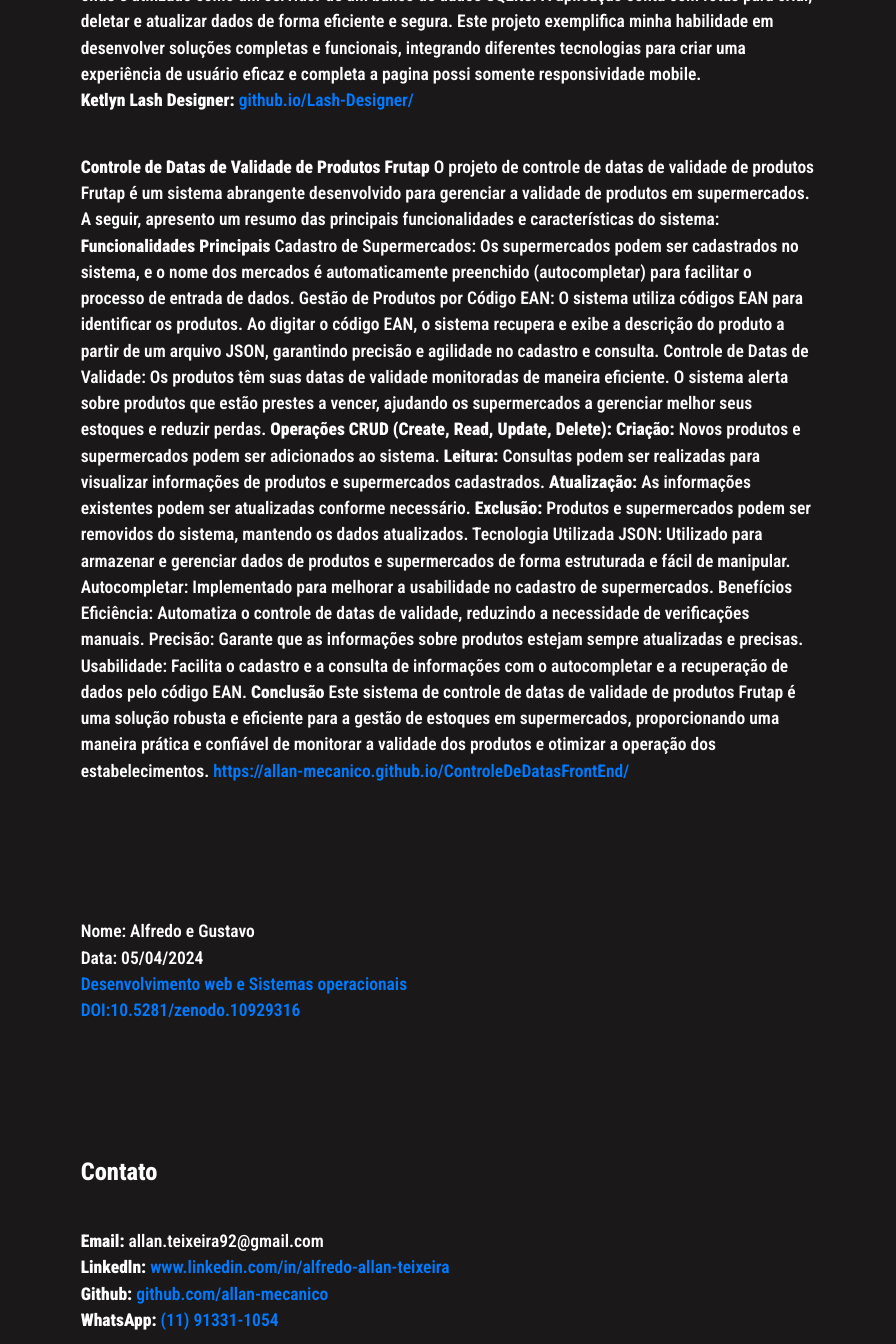
Repository: alfredo-allan/Portfolio
Page: index.html
The author's editor kept a copy of each file at every save. The page is drawn from the files as they stood at one save, then again after the next save.
The browser window is 1280 px wide. The pictures show the part of the page from y = 2622 to 4542 px (the page is 4542 px tall), at 70% of full size.

Above is the page before, as saved 2024-05-26 19:37:23.

### index.html
<!DOCTYPE html>
<html lang="pt-BR">
  <head>
    <meta charset="UTF-8" />
    <meta name="viewport" content="width=device-width, initial-scale=1.0" />
    <link
      rel="stylesheet"
      href="https://stackpath.bootstrapcdn.com/bootstrap/4.1.3/css/bootstrap.min.css"
      integrity="sha384-MCw98/SFnGE8fJT3GXwEOngsV7Zt27NXFoaoApmYm81iuXoPkFOJwJ8ERdknLPMO"
      crossorigin="anonymous"
    />
    <link rel="stylesheet" href="./src/assets/styles/home.css" />
    <link
      href="https://fonts.googleapis.com/css2?family=Roboto+Condensed:ital,wght@0,100..900;1,100..900&display=swap"
      rel="stylesheet"
    />

    <title>Portfolio</title>
    <div class="foto-perfil">
      <img src="./src/assets/images/foto-perfil.jpeg" alt="Minha Foto" />
    </div>
    <div class="menu">
      <ul>
        <li><a href="#Sobre">Sobre</a></li>
        <li><a href="#Conhecimento">Conhecimento</a></li>
        <li><a href="#Contato">Contato</a></li>
        <li><a href="#Projetos">Projetos</a></li>
        <li><a href="#Atividades">Atividades Faculdade</a></li>
        <li><a href="./curriculo.html">Currículo</a></li>
      </ul>
    </div>
    <div class="container" id="Sobre">
      <h2>Sobre</h2>
      <p>
        Meu nome é Alfredo Allan, e sou um profissional dedicado e apaixonado
        por tecnologia. Possuo experiência e conhecimento em diversos cursos e
        treinamentos, tais como Shell Script, introdução ao sistema operacional
        Linux, programação para internet com JavaScript, recriação da página do
        Instagram, criação de sites com HTML5 e CSS3, Git e GitHub, estruturas
        de algoritmos, lógica e programação essencial. Além disso, também possuo
        certificações em engenharia social e phishing, e sou um usuário
        experiente de Linux. Tenho um projeto pessoal de uma página de
        empréstimo no GitHub, onde aplico meus conhecimentos e habilidades de
        programação e web design. Estou sempre em busca de aprendizado e novos
        desafios, e estou confiante de que posso contribuir de forma
        significativa para sua equipe. Estou ansioso para mostrar como minhas
        habilidades e experiências podem agregar valor à sua empresa.
      </p>
    </div>
    <div id="Conhecimento">
      <h2>Conhecimento</h2>
      <p>
        Cursando Analise e desenvolvimento de sistemas <br />
        Shell script - manipulando arquivos <br />
        Introdução ao sistema operacional linux <br />
        Programação para internet com javascritp <br />
        Recriando a pagina do instagram <br />
        Imersão front-end Alura <br />
        Introdução a criação de sites com HTML 5 E CSS3 <br />
        Introdução ao git eo github <br />
        O que são estruturas de algoritimo <br />
        Logica e programação essencial <br />
        Engenharia social e phishing <br />
      </p>
    </div>

    <div id="sistemas">
      <h2>Sistemas Operacionais</h2>
      <p>
        Como usuário de Linux, possuo conhecimento em pacotes gerenciadores como
        apt e yum, bem como em servidores Apache. Sou capaz de estabelecer
        conexões SSH, gerar chaves públicas, e possuo boas práticas no uso do
        terminal de comandos. Além disso, possuo habilidades avançadas em
        instalação e configuração de sistemas operacionais, inclusive na
        manipulação de variáveis de ambiente como o PATH. Estas competências são
        fundamentais para garantir um ambiente de trabalho eficiente e seguro.
      </p>
    </div>
    <div id="Projetos">
      <h2>Projetos</h2>
      <p>
        Desenvolvi uma página web responsiva utilizando Bootstrap 5, HTML e CSS.
        A página possui uma simulação de empréstimo, onde o usuário pode
        escolher o número de meses para financiar e ver uma prestação
        aproximada. Além disso, incluí um botão de contato via WhatsApp para
        facilitar a comunicação com um corretor. <br />
        <strong>Emprestimo:</strong
        ><a href="https://allan-mecanico.github.io/Emprestimo-facil/index.html">
          github.io/Emprestimo-facil/
        </a>
      </p>
      <p>
        Esse projeto combina o uso de tecnologias front-end e back-end para
        criar uma aplicação web dinâmica e interativa. O front-end foi
        desenvolvido com HTML, CSS e JavaScript e está hospedado no GitHub
        Pages. Já o back-end foi feito em Python com o framework Flask e está
        hospedado no PythonAnywhere, onde é utilizado como um servidor de um
        banco de dados SQLite. A aplicação conta com rotas para criar, deletar e
        atualizar dados de forma eficiente e segura. Este projeto exemplifica
        minha habilidade em desenvolver soluções completas e funcionais,
        integrando diferentes tecnologias para criar uma experiência de usuário
        eficaz e completa a pagina possi somente responsividade mobile. <br />
        <strong>Ketlyn Lash Designer:</strong
        ><a href="https://allan-mecanico.github.io/Lash-Designer/">
          github.io/Lash-Designer/
        </a>
      </p>
      <p>
        <strong>Controle de Datas de Validade de Produtos Frutap</strong>
        O projeto de controle de datas de validade de produtos Frutap é um
        sistema abrangente desenvolvido para gerenciar a validade de produtos em
        supermercados. A seguir, apresento um resumo das principais
        funcionalidades e características do sistema:

        <strong>Funcionalidades Principais</strong>
        Cadastro de Supermercados: Os supermercados podem ser cadastrados no
        sistema, e o nome dos mercados é automaticamente preenchido
        (autocompletar) para facilitar o processo de entrada de dados. Gestão de
        Produtos por Código EAN: O sistema utiliza códigos EAN para identificar
        os produtos. Ao digitar o código EAN, o sistema recupera e exibe a
        descrição do produto a partir de um arquivo JSON, garantindo precisão e
        agilidade no cadastro e consulta. Controle de Datas de Validade: Os
        produtos têm suas datas de validade monitoradas de maneira eficiente. O
        sistema alerta sobre produtos que estão prestes a vencer, ajudando os
        supermercados a gerenciar melhor seus estoques e reduzir perdas.
        <strong>Operações CRUD (Create, Read, Update, Delete):</strong>

        <strong>Criação:</strong> Novos produtos e supermercados podem ser
        adicionados ao sistema. <strong>Leitura:</strong> Consultas podem ser
        realizadas para visualizar informações de produtos e supermercados
        cadastrados. <strong>Atualização:</strong> As informações existentes
        podem ser atualizadas conforme necessário.
        <strong>Exclusão:</strong> Produtos e supermercados podem ser removidos
        do sistema, mantendo os dados atualizados. Tecnologia Utilizada JSON:
        Utilizado para armazenar e gerenciar dados de produtos e supermercados
        de forma estruturada e fácil de manipular. Autocompletar: Implementado
        para melhorar a usabilidade no cadastro de supermercados. Benefícios
        Eficiência: Automatiza o controle de datas de validade, reduzindo a
        necessidade de verificações manuais. Precisão: Garante que as
        informações sobre produtos estejam sempre atualizadas e precisas.
        Usabilidade: Facilita o cadastro e a consulta de informações com o
        autocompletar e a recuperação de dados pelo código EAN.
        <strong>Conclusão</strong>
        Este sistema de controle de datas de validade de produtos Frutap é uma
        solução robusta e eficiente para a gestão de estoques em supermercados,
        proporcionando uma maneira prática e confiável de monitorar a validade
        dos produtos e otimizar a operação dos estabelecimentos.
        <a href="https://allan-mecanico.github.io/ControleDeDatasFrontEnd/"
          >https://allan-mecanico.github.io/ControleDeDatasFrontEnd/</a
        >
      </p>
    </div>
    <div id="Atividades">
      <p>
          Nome: Alfredo e Gustavo  <br>
          Data: 05/04/2024 <br>
        <a href="https://zenodo.org/records/10929316"
          >Desenvolvimento web e Sistemas operacionais <br>
          DOI:10.5281/zenodo.10929316</a
        >
      </p>
    </div>
    <div id="Contato">
      <h2>Contato</h2>

      <p>
        <strong>Email:</strong> allan.teixeira92@gmail.com <br />
        <strong>Linkedln:</strong
        ><a
          href="https://www.linkedin.com/in/alfredo-allan-teixeira-ba2701149/"
        >
          www.linkedin.com/in/alfredo-allan-teixeira <br
        /></a>

        <strong>Github:</strong
        ><a href="https://github.com/allan-mecanico">
          github.com/allan-mecanico<br
        /></a>
        <strong>WhatsApp:</strong
        ><a href="https://api.whatsapp.com/send?phone=5511913311054">
          (11) 91331-1054<br
        /></a>
      </p>
    </div>
  </head>
  <body>
    <script
      src="https://code.jquery.com/jquery-3.3.1.slim.min.js"
      integrity="sha384-q8i/X+965DzO0rT7abK41JStQIAqVgRVzpbzo5smXKp4YfRvH+8abtTE1Pi6jizo"
      crossorigin="anonymous"
    ></script>
    <script
      src="https://cdnjs.cloudflare.com/ajax/libs/popper.js/1.14.3/umd/popper.min.js"
      integrity="sha384-ZMP7rVo3mIykV+2+9J3UJ46jBk0WLaUAdn689aCwoqbBJiSnjAK/l8WvCWPIPm49"
      crossorigin="anonymous"
    ></script>
    <script
      src="https://stackpath.bootstrapcdn.com/bootstrap/4.1.3/js/bootstrap.min.js"
      integrity="sha384-ChfqqxuZUCnJSK3+MXmPNIyE6ZbWh2IMqE241rYiqJxyMiZ6OW/JmZQ5stwEULTy"
      crossorigin="anonymous"
    ></script>
  </body>
</html>

### src/assets/styles/home.css
:root {
  --roboto-condensed: "Roboto Condensed", sans-serif;
}

body {
  font-family: var(--roboto-condensed);
  background-color: rgb(26, 24, 24);
  background-position: center;
  background-size: cover;
}

@media (min-width: 310px) and (max-width: 480px) {
  body {
    background-image: url("../images/git-img.jpg");
    background-repeat: no-repeat;
    background-attachment: fixed;
  }
}

.menu ul {
  font-size: 1.5rem;
  font-weight: 600;
  margin-top: -14%;
  margin-right: 4%;
  text-align: right;
  list-style: none;
  li {
    margin-right: 12px;
    display: inline-block;
  }
}

@media only screen and (min-width: 310px) and (max-width: 450px) {
  .menu ul {
    font-weight: 1000;
    text-align: left;
    margin-top: -45%;
    padding: 20%;
    margin-left: 40%;
    font-size: 20px;
  }
}

.foto-perfil {
  margin-top: 1%;
  margin-left: 8%;
  width: 200px;
  height: 200px;
  border-radius: 50%;
  overflow: hidden;
}

.foto-perfil img {
  width: 100%;
  height: 100%;
  object-fit: cover;
}

@media only screen and (min-width: 310px) and (max-width: 450px) {
  .foto-perfil {
    width: 80px;
    height: 80px;
    margin-left: 10%;
    margin-top: 7%;
  }
}

#Sobre {
  color: white;
  margin-top: 20%;
  margin-left: 9%;
  h2 {
    font-weight: 1000;
    font-size: 35px;
    font-weight: 800;
  }
  p {
    font-weight: 300;
    margin-top: 5%;
    font-size: 25px;
    font-family: var(--roboto-condensed);
    width: 100%; /* Define a largura desejada */
    font-weight: 600;
  }
}

@media only screen and (min-width: 310px) and (max-width: 450px) {
  #Sobre {
    margin-left: -1%;
    margin-top: -10%;
    h2 {
      color: white;
      font-size: 22px;
      font-weight: 800;
    }
    p {
      color: white;
      margin-top: 5%;
      font-size: 18px;
      font-family: var(--roboto-condensed);
      width: 100%; /* Define a largura desejada */
      font-weight: 350;
    }
  }
}

#Conhecimento {
  color: white;
  margin-top: 15%;
  margin-left: 9%;
  h2 {
    font-size: 35px;
    font-weight: 800;
  }
  p {
    margin-top: 5%;
    font-size: 25px;
    font-family: var(--roboto-condensed);
    width: 90%; /* Define a largura desejada */
    font-weight: 600;
  }
}

@media only screen and (min-width: 310px) and (max-width: 450px) {
  #Conhecimento {
    margin-left: 1%;
    margin-top: 35%;
    h2 {
      color: white;
      font-size: 22px;
      font-weight: 800;
    }
    p {
      color: white;
      margin-top: 5%;
      font-size: 18px;
      font-family: var(--roboto-condensed);
      width: 100%; /* Define a largura desejada */
      font-weight: 350;
    }
  }
}
#sistemas {
  color: white;
  margin-top: 15%;
  margin-left: 9%;
  h2 {
    font-size: 35px;
    font-weight: 800;
  }
  p {
    margin-top: 5%;
    font-size: 25px;
    font-family: var(--roboto-condensed);
    width: 90%; /* Define a largura desejada */
    font-weight: 600;
  }
}

@media only screen and (min-width: 310px) and (max-width: 450px) {
  #sistemas {
    margin-left: -0%;
    margin-top: 20%;
    h2 {
      font-size: 22px;
      font-weight: 800;
    }
    p {
      margin-top: 5%;
      font-size: 18px;
      font-family: var(--roboto-condensed);
      width: 100%; /* Define a largura desejada */
      font-weight: 350;
    }
  }
}

#Projetos {
  color: white;
  margin-top: 15%;
  margin-left: 9%;
  h2 {
    font-size: 35px;
    font-weight: 800;
  }
  p {
    margin-top: 5%;
    font-size: 25px;
    font-family: var(--roboto-condensed);
    width: 90%; /* Define a largura desejada */
    font-weight: 600;
  }
}

@media only screen and (min-width: 310px) and (max-width: 450px) {
  #Projetos {
    margin-left: -0%;
    margin-top: 25%;
    h2 {
      font-size: 22px;
      font-weight: 800;
    }
    p {
      color: white;
      margin-top: 5%;
      font-size: 18px;
      font-family: var(--roboto-condensed);
      width: 100%; /* Define a largura desejada */
      font-weight: 350;
    }
  }
}

#Atividades {
  color: white;
  margin-top: 15%;
  margin-left: 9%;
  h2 {
    font-size: 35px;
    font-weight: 800;
  }
  p {
    margin-top: 5%;
    font-size: 25px;
    font-family: var(--roboto-condensed);
    width: 90%; /* Define a largura desejada */
    font-weight: 600;
  }
}

@media only screen and (min-width: 310px) and (max-width: 450px) {
  #Atividades {
    margin-left: -0%;
    margin-top: 25%;
    h2 {
      font-size: 22px;
      font-weight: 800;
    }
    p {
      color: white;
      margin-top: 5%;
      font-size: 18px;
      font-family: var(--roboto-condensed);
      width: 100%; /* Define a largura desejada */
      font-weight: 350;
    }
  }
}

#Contato {
  color: white;
  margin-top: 15%;
  margin-left: 9%;
  h2 {
    font-size: 35px;
    font-weight: 800;
  }
  p {
    margin-top: 5%;
    font-size: 25px;
    font-family: var(--roboto-condensed);
    width: 90%; /* Define a largura desejada */
    font-weight: 600;
  }
}

@media only screen and (min-width: 310px) and (max-width: 450px) {
  #Contato {
    margin-top: 25%;
    margin-left: 0%;
    h2 {
      font-size: 22px;
      font-weight: 800;
    }
    p {
      width: 100%;
      margin-top: 5%;
      font-size: 18px;
      font-family: var(--roboto-condensed);
      font-weight: 350;
    }
  }
}

After the next save:
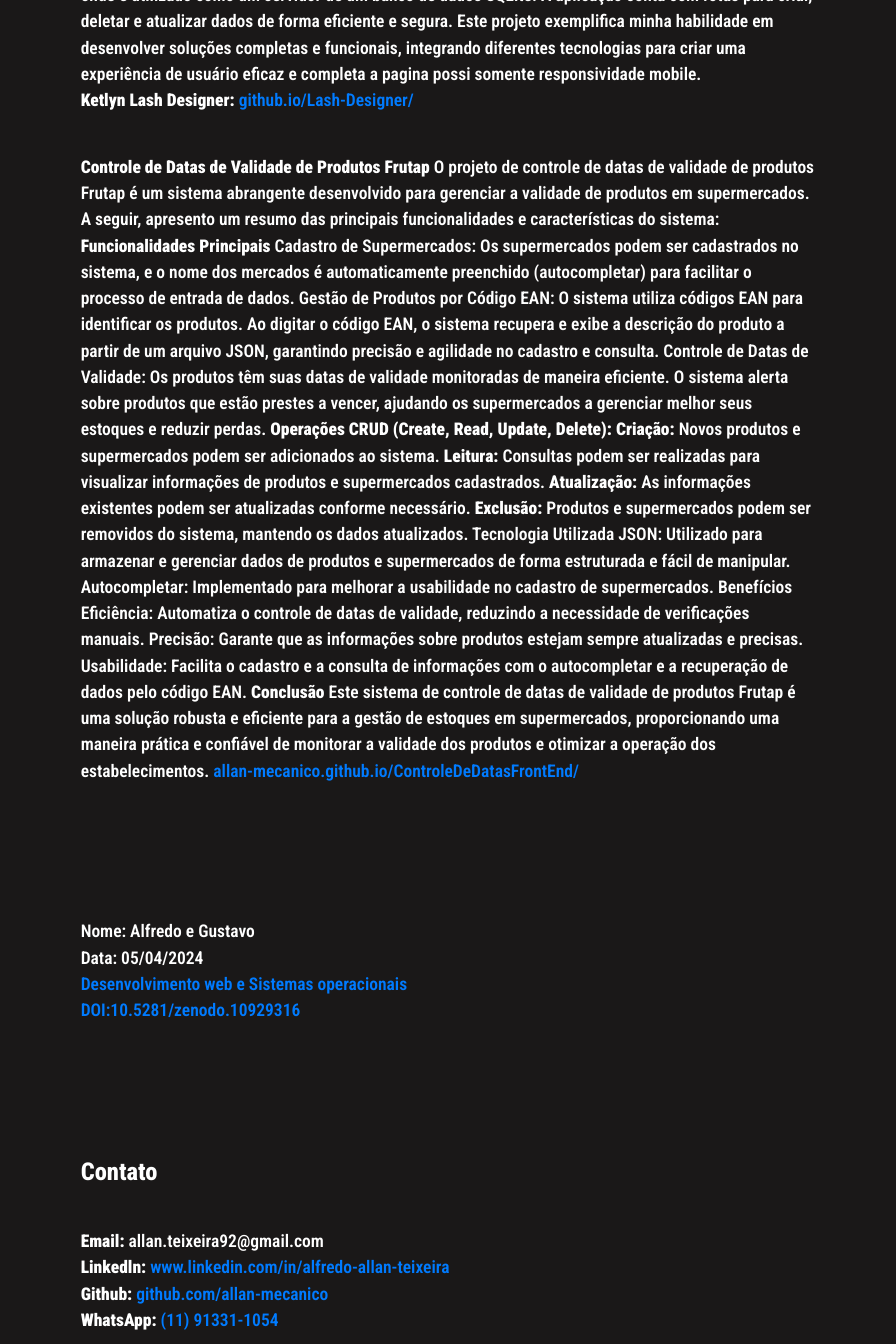
Saved 2 min 33 s later.
--- a/index.html
+++ b/index.html
@@ -146,7 +146,7 @@
         proporcionando uma maneira prática e confiável de monitorar a validade
         dos produtos e otimizar a operação dos estabelecimentos.
         <a href="https://allan-mecanico.github.io/ControleDeDatasFrontEnd/"
-          >https://allan-mecanico.github.io/ControleDeDatasFrontEnd/</a
+          > allan-mecanico.github.io/ControleDeDatasFrontEnd/</a
         >
       </p>
     </div>
